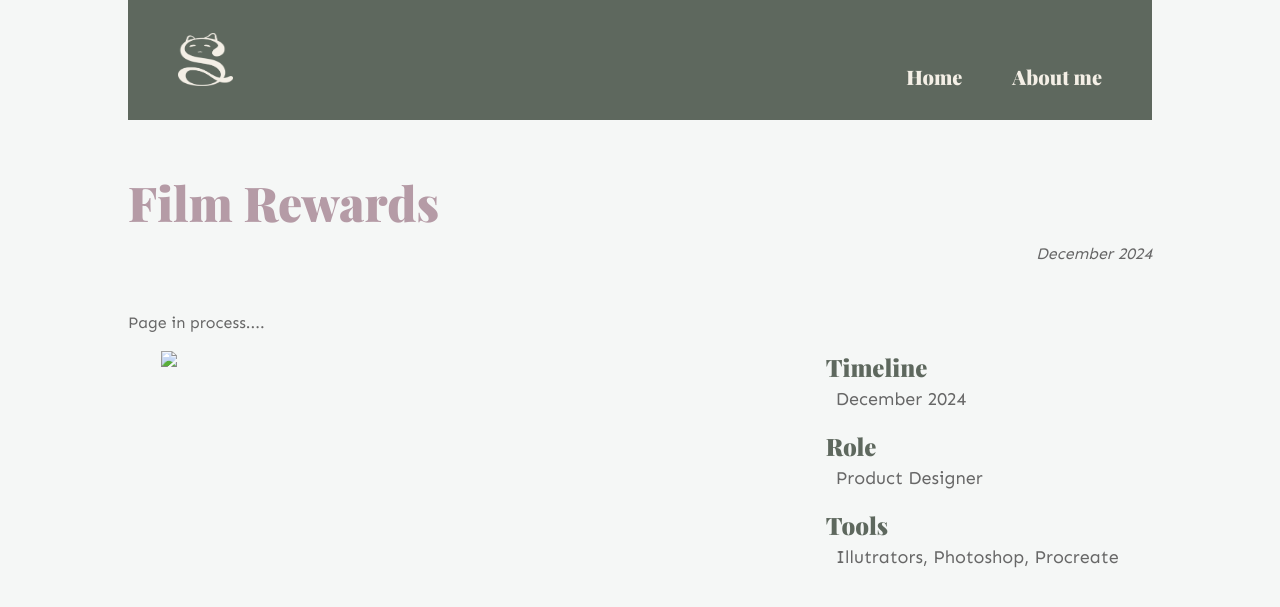
Repository: SandyLy453/portfolio
Page: /projects/FilmRewards
The author's editor kept a copy of each file at every save. The page is drawn from the files as they stood at one save, then again after the next save.
The browser window is 1280 px wide. The pictures show the whole page.
An inner scrolling area shows only its first screen. The project was rebuilt for these pictures with package versions that can differ from the ones it lists, and the page was loaded fresh each time. The framework's server and built-in components were replaced by stand-ins that run in the browser. Also part of the build but not shown: next.config.mjs.

Above is the page before, as saved 2025-01-31 20:49:41.
Not found: filmCover.png

### pages/_app.js
import { useEffect } from "react";
import { useRouter } from "next/router";
import { Playfair_Display, Sen } from 'next/font/google';
import '../styles/globals.css';

const playfairDisplay = Playfair_Display({
  weight: ['400', '900'],
  style: ['normal', 'italic'],
  subsets: ['latin'],
});

const sen = Sen({
  weight: ['400', '700', '800'],
  subsets: ['latin'],
});

export default function App({ Component, pageProps }) {

  const router = useRouter();

  useEffect(() => {
    const handleRouteChangeComplete = (url) => {
        if (url.startsWith("/projects")) {
            window.location.reload();
        }
    };

    router.events.on("routeChangeComplete", handleRouteChangeComplete);

    return () => {
        router.events.off("routeChangeComplete", handleRouteChangeComplete);
    };
}, [router]);


  return (
    <main className={`${playfairDisplay.className} ${sen.className}`}>
      <Component {...pageProps} />
    </main>
  )
}

### pages/_document.js
import { Html, Head, Main, NextScript } from "next/document";


export default function Document() {
  return (
    <Html lang="en">
      <Head>
        <title>San San's Tea Room</title>
        <link rel="icon" href="/favicon.ico" />

        <link rel="preconnect" href="https://fonts.googleapis.com" />
        <link rel="preconnect" href="https://fonts.gstatic.com" crossorigin="anonymous" />
        <link
          href="https://fonts.googleapis.com/css2?family=Playfair+Display:wght@400;900&family=Sen:wght@400;700;800&display=swap"
          rel="stylesheet"
        />
      </Head>
      <body>
        <Main />
        <NextScript />
      </body>
    </Html>
  );
}

### pages/projects/FilmRewards.js
import Link from "next/link";
import Image from "next/image";
import Header from "@/modules/Header/Header";
import Footer from "@/modules/Footer/Footer";
import PostHeader from "@/modules/PostHeader/PostHeader";
import styles from '@/styles/Poster.module.css'

export default function FilmRewards() {
    return (
        <>
            <Header />
            <main className={styles.main}>
                <PostHeader
                    title="Film Rewards"
                    date="December 2024"
                />

                <p>Page in process....</p> <br/>

                <div className={styles.intro}>
                    <Image src={'/filmCover.png'} alt="Posters mockup" className={styles.cover} width={140*4} height={100*4}/>
                    <div className={styles.text}>
                        <h2 className={styles.subHeading}>
                            Timeline
                        </h2>
                        <p className={styles.content}>
                            December 2024
                        </p>
                        <h2 className={styles.subHeading}>
                            Role
                        </h2>
                        <p className={styles.content}>
                            Product Designer
                        </p>
                        <h2 className={styles.subHeading}>
                            Tools
                        </h2>
                        <p className={styles.content}>
                            Illutrators, Photoshop, Procreate
                        </p>
                    </div>
                </div>

                <div className={styles.sectionBreaker}>
                    <span> Introduction </span>
                </div>

                <div className={styles.middle}>
                <div className={styles.text}>
                    <h2 className="subHeading">
                        What is this product about?
                    </h2>
                    <p className={styles.content}>

                    </p>
                </div>
            </div>


                <div className={styles.sectionBreaker}>
                    <span> Final Product </span>
                </div>

                <div className={styles.showcase}>

                </div>




            </main>
            <Footer />
        </>
    )
}

### styles/globals.css
:root {
  --mauveMorn: #ecd6d6;
  --mauveShadow: #B59BA6;
  --moss: #5E7975;
  --brightWhite: #f5f7f6;
  --white: #fff;

  --spaBlue: #D3DEDF;
  --forest: #5E685E;
  --midnight: #3D4D55;
  --stormCloud: #676767;
  --cream: #f4EFE6;
  --cloud: #FEFCF6;
}

html,
body {
  padding: 0;
  margin: 0;
  background-color: #f5f7f6;
  width: 100vw;
  height: 100vh;
  overflow-x: hidden;
  scroll-behavior: auto;

  font-family: "Playfair Display", serif;
  font-optical-sizing: auto;
  color: var(--stormCloud);
}

header {
  margin: 0; /* Remove any default margin */
  padding: 0; /* Remove any default padding */
  box-sizing: border-box; /* Ensure padding and border are included in width/height */
}

* {
  margin: 0;
  padding: 0;
  box-sizing: border-box; /* Reset styles for all elements */
}

h1, h2, h3, h4, h5, span {
  font-family: "Playfair Display", serif;
}

### modules/Header/Header.js
import Image from "next/image";
import Link from "next/link";
import styles from './Header.module.css'

export default function Header () {
    return (
        <header className={styles.header}>
            <div className={styles.logo}>
                <Image src={'/logo.png'} alt="logo" className={styles.logo} width={55} height={53} />
            </div>

            <div className={styles.menu}>
                <p className={styles.menuOption}><Link href={'/'} className={styles.link}>Home</Link></p>
                <p className={styles.menuOption}><Link href={'/about'} className={styles.link}>About me</Link></p>
            </div>
        </header>
    )
}

### modules/Footer/Footer.js
import Image from "next/image";
import Link from "next/link";
import styles from './Footer.module.css'

export default function Footer () {
    return (
        <footer className={styles.footer}>
            <div className={styles.contactInfo}>

                <div className={styles.left}>
                    <p className={styles.greeting}>Let connect!</p>

                    <div className={styles.infoBox}>
                        <Image src={'/mail.png'} width={25} height={17.5} className={styles.icon}/>
                        <p className={styles.pageName}>sandy.lyth453@gmail.com</p>
                    </div>

                    <Link href={"https://www.instagram.com/sansan_lyth?igsh=MThxOTR1ZTlyY3R1dw%3D%3D&utm_source=qr"} className={styles.link}>
                        <div className={styles.infoBox}>
                            <Image src={'/Insta.png'} width={25} height={25} className={styles.icon}/>
                            <p className={styles.pageName}>@sansan_lyth</p>
                        </div>
                    </Link>

                    <Link href={"https://www.linkedin.com/in/boisan-sandy-ly/"} className={styles.link}>
                        <div className={styles.infoBox}>
                            <Image src={'/linkedIn.png'} width={25} height={25} className={styles.icon}/>
                            <p className={styles.pageName}>/boisan-sandy-ly/</p>
                        </div>
                    </Link>
                </div>

                <div className={styles.right}>
                    <Image src={'/logo-2.png'} alt="logo" className={styles.logo} width={200} height={115} />
                </div>

            </div>

            <p className={styles.copyright}>© Made by Sandy Ly</p>
        </footer>
    )
}

### modules/PostHeader/PostHeader.js
import Link from "next/link";
import Image from "next/image";
import styles from './PostHeader.module.css'

export default function PostHeader({
    title,
    date
}) {
    return (
        <>
            <h1 className={styles.title}>{title || "Title of the project"}</h1>
            <p className={styles.date}>{date || "Date"}</p>
        </>
    )
}

### styles/Poster.module.css
.main {
    width: 70vw;
    margin: auto;
    margin-top: 0;

}

.intro {
    display: flex;
    flex-direction: row;
    flex-wrap: wrap;
    justify-content: center;
    gap: 50px;
}

.subHeading {
    color: var(--forest);
    margin-bottom: 0;
    padding-bottom: 0;
}

.intro .content {
    margin-bottom: 20px;
}

.span {
    color: var(--midnight);
    font-weight: 700;
}

.content {
    font-family: "Sen", sans-serif;
    margin-top: 5px;
    max-width: 50vw;
    text-align: justify;
    font-size: 18px;
    margin-left: 10px;
}

.sectionBreaker {
    display: flex;
    align-items: center;
    justify-content: center;
    margin: 40px 0;
    position: relative;
}

.sectionBreaker::before,
.sectionBreaker::after {
content: "";
flex: 1;
height: 2px;
background: #d3d3d3; /* Adjust color as needed */
margin: 0;
}

.sectionBreaker span {
color: #7D9094;
margin: 0 10px;
font-size: 20px;
font-style: italic;
}

.showcase {
    display: flex;
    flex-direction: column;
    justify-content: center;
    align-items: center;
}

.design {
    max-width: 600px;
    height: auto;
    margin-bottom: 20px;
}

.design:last-child {
    margin-bottom: 100px;
}

.cover {
    width: 60%;
    height: auto;
}

.idea {
    width: 500px;
    height: auto;
    margin: 30px;
}

.sketchSection {
    display: flex;
    flex-direction: column;
    justify-content: center;
    align-items: center;
}

.middle .content {
    margin-bottom: 60px;
}



@media screen and (max-width: 1366px) {
    .main {
        width: 80vw;
    }
}

@media screen and (max-width: 768px) {
    .main {
        width: 90vw;
    }
    .intro {
        flex-direction: column;
    }
    .content {
        max-width: 100vw;
        font-size: 16px;
    }
    .cover {
        width: 100%;
    }
}

### modules/Header/Header.module.css
.header {
    margin:0;
    margin-left: auto;
    margin-right: auto;
    width: 70vw;
    height: 120px;
    background-color: var(--forest);
    padding: 20px 50px ;
    padding-bottom: 30px;

    display: flex;
    flex-direction: row;
    justify-content: space-between;
    align-items: flex-end;
}

.menu {
    display: flex;
    flex-direction: row;
    gap: 50px;
}

.menuOption {
    font-size: 20px;
    font-weight: 600;
}

.link {
    text-decoration: none;
    color: var(--cream);
    font-family: "Playfair Display", serif;
}

.link:hover {
    color: var(--midnight);
}


@media screen and (max-width: 1366px) {
    .header {
        width: 80vw;
    }
}

@media screen and (max-width: 768px) {
    .header {
        width: 100vw;
    }
}

### modules/Footer/Footer.module.css
.footer {
    width: 70vw;
    min-height: 300px;
    background-color: var(--midnight);
    padding: 20px;
    margin-left: auto;
    margin-right: auto;
    display: flex;
    flex-direction: column;
    justify-content: center;
    flex-wrap: wrap;
}

.link {
    text-decoration: none;
}

.greeting {
    font-size: 24px;
    font-weight: 600;
    margin-bottom: 10px;
    font-style: italic;
    color: var(--cream);
    font-family: "Playfair Display", serif;
}

.contactInfo {
    margin: 0 120px 20px 120px;
    display: flex;
    flex-direction: row;
    justify-content: space-between;
    align-items: center;
    flex-wrap: wrap;
}

.infoBox {
    display: flex;
    flex-direction: row;
    margin: 10px;
    align-items: center;
}

.icon {
    margin-right: 10px;
}

.pageName {
    color: var(--spaBlue);
}

.logo {
    margin-right: 100px;
}

.copyright {
    text-align: center;
    font-style: italic;
    color: var(--spaBlue);
    margin-top: 50px;
    width: 100%;
}



@media screen and (max-width: 1366px) {
    .footer {
        width: 80vw;
    }
}

@media screen and (max-width: 768px) {
    .footer {
        width: 100vw;
    }

    .contactInfo {
        margin: 0 20px;
    }

    .logo {
        margin-right: 0;
        margin-top: 10px;
    }
}

### modules/PostHeader/PostHeader.module.css
.title {
    font-size: 48px;
    text-wrap: wrap;

    margin-top: 50px;
    color: var(--mauveShadow);
    font-family: "Playfair Display", serif;
}

.date {
    font-style: italic;
    color: var(--stormCloud);
    margin-top: 10px;
    margin-bottom: 50px;
    text-align: right;
}

@media screen and (max-width: 768px) {
    .title {
        font-size: 30px;
        margin-left: 0;
        padding-left: 0;
        margin-top: 20px;
    }

    .date {
        margin-bottom: 30px;
    }
}

Loaded but not shown: pages/api/hello.js (common file)

After the next save:
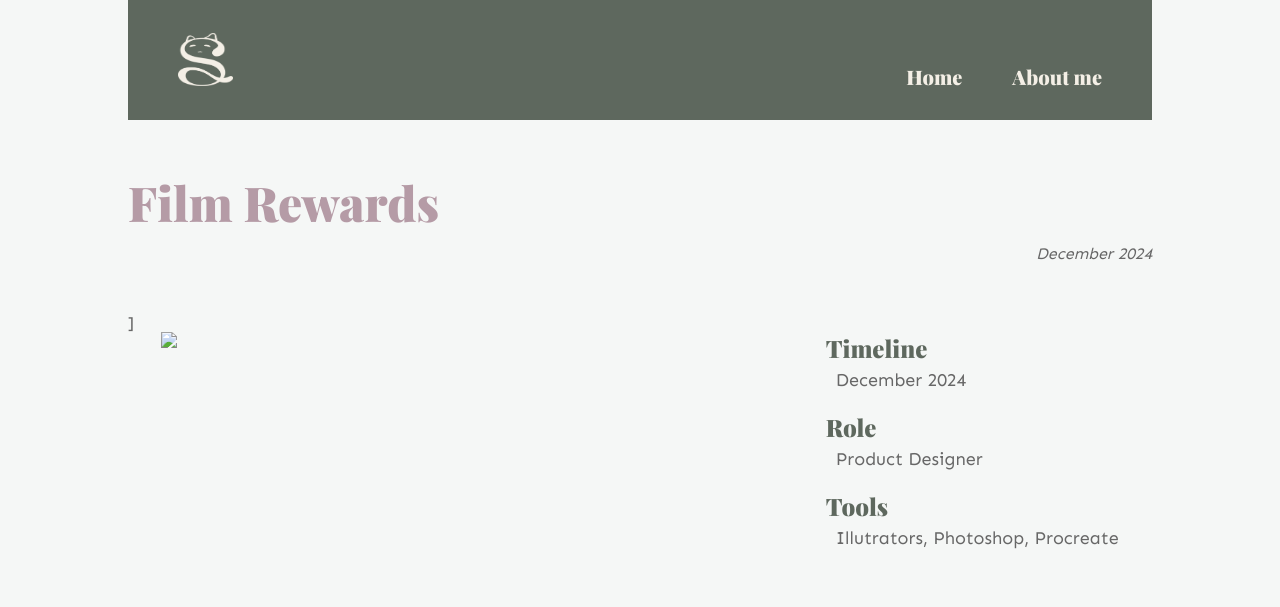
Saved 47 s later.
--- a/pages/projects/FilmRewards.js
+++ b/pages/projects/FilmRewards.js
@@ -13,9 +13,7 @@ export default function FilmRewards() {
                 <PostHeader
                     title="Film Rewards"
                     date="December 2024"
-                />
-
-                <p>Page in process....</p> <br/>
+                />]
 
                 <div className={styles.intro}>
                     <Image src={'/filmCover.png'} alt="Posters mockup" className={styles.cover} width={140*4} height={100*4}/>
